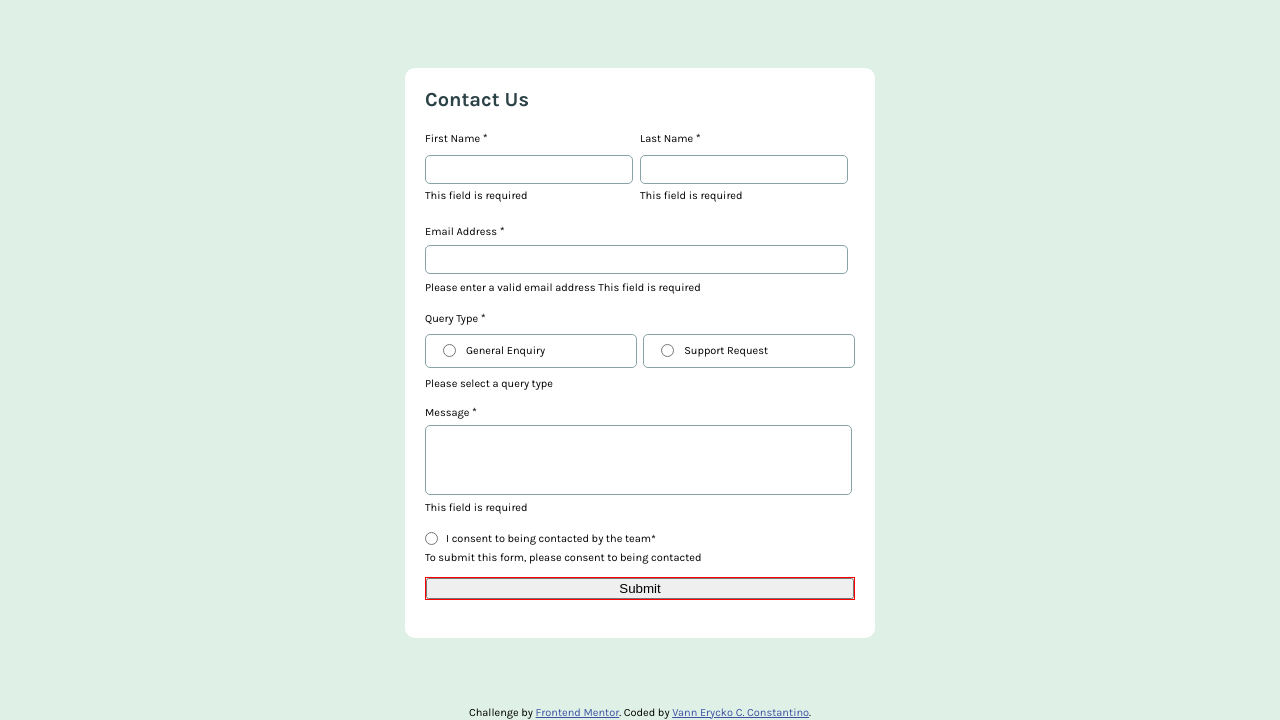
Repository: kocokoy/contact-form
Page: contact-form-main/index.html
The author's editor kept a copy of each file at every save. The page is drawn from the files as they stood at one save, then again after the next save.
The browser window is 1280 px wide. The pictures show the whole page.

Above is the page before, as saved 2024-10-24 11:03:41.

After the next save:
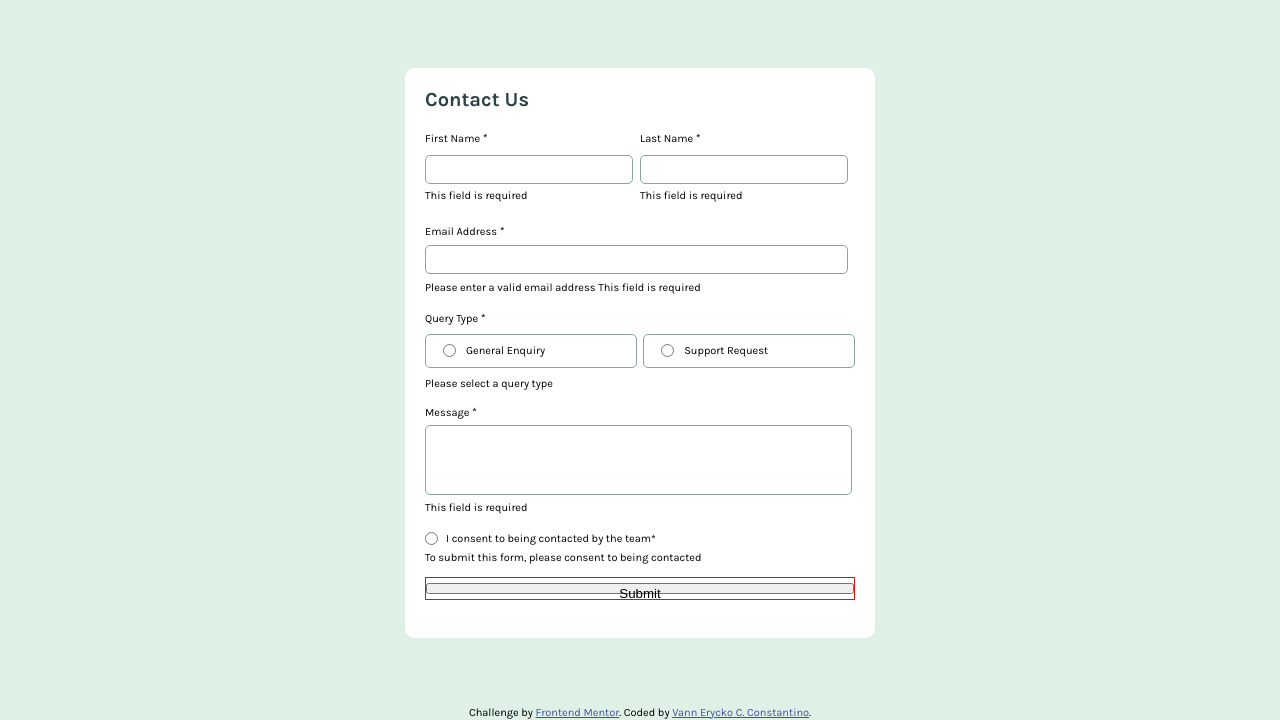
Saved 7 s later.
--- a/contact-form-main/styles/style.css
+++ b/contact-form-main/styles/style.css
@@ -170,4 +170,5 @@ span {
 
 .submit-btn-section button{
   width: 100%;
+  height: 50%;
 }
